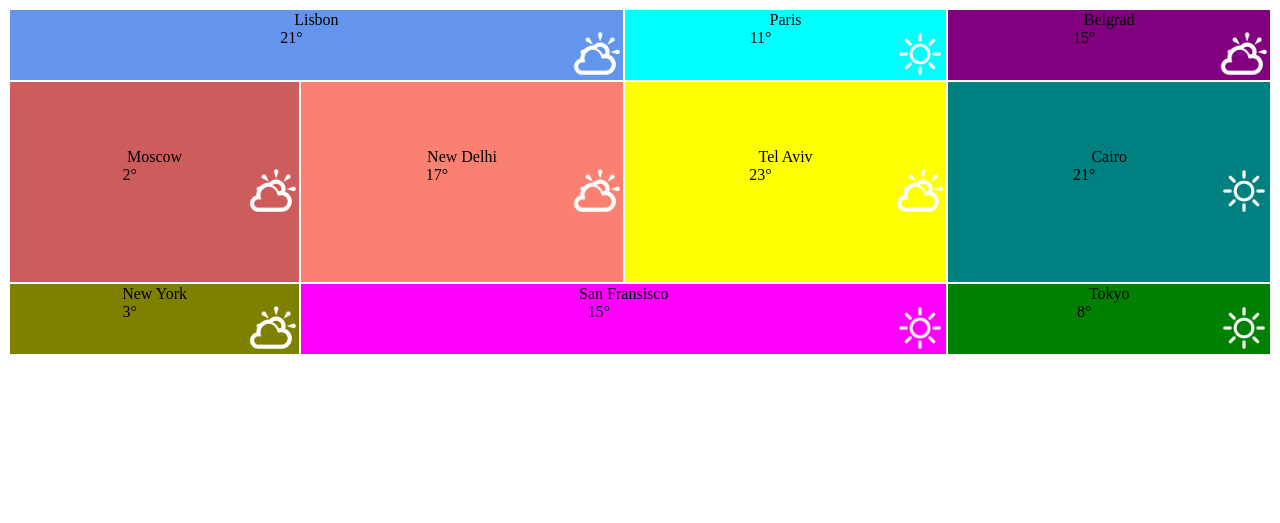
Repository: aysedo/html
Page: Week_2/index.html
The author's editor kept a copy of each file at every save. The page is drawn from the files as they stood at one save, then again after the next save.
The browser window is 1280 px wide. The pictures show the whole page.

Above is the page before, as saved 2021-08-24 16:30:49.

After the next save:
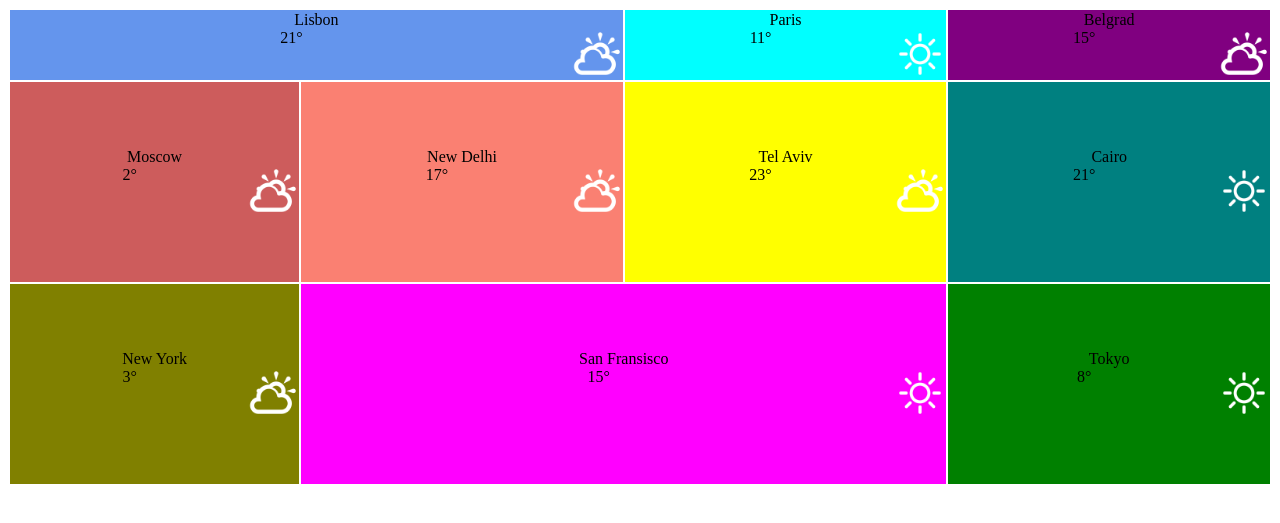
Saved 23 s later.
--- a/Week_2/index.html
+++ b/Week_2/index.html
@@ -54,7 +54,7 @@
           <img src="sun.png" width="50" align="right" />
         </td>
       </tr>
-      <tr ="150">
+      <tr height="200">
         <td bgcolor="Olive" align="center">
           New York<br />
           3°
